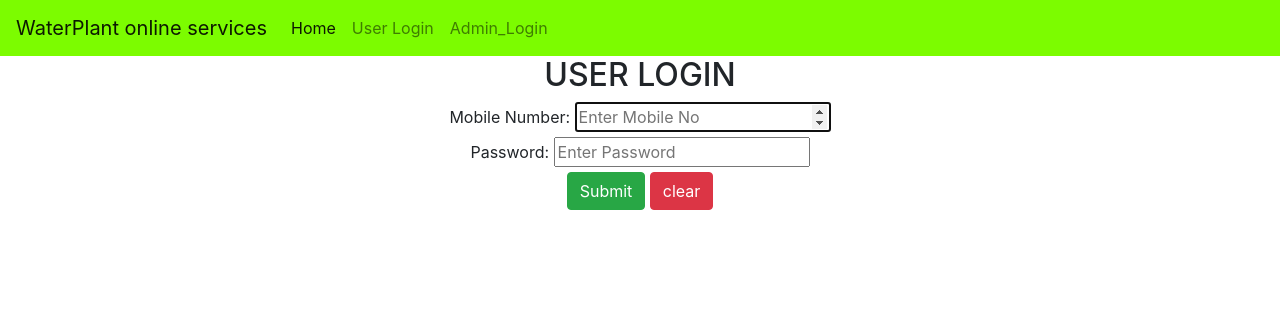
Repository: SHARMILAG97/WebApplication
Page: http://localhost/waterplant_web/userlogin.jsp
An editor plug-in stored every save of this project. The page is shown before and after the next save, followed by the edit.
The browser window is 1280 px wide. The pictures show the whole page.
The page is served by Tomcat 9.

Above is the page before, as saved 2019-09-18 08:35:53.
Console error: TypeError: Cannot read properties of undefined (reading 'fn')

After the next save:
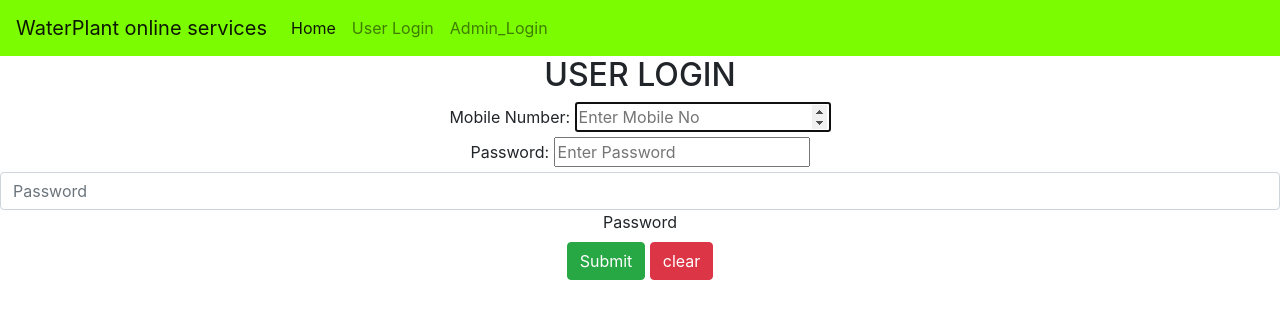
Saved 94 s later.
--- a/waterplant_web/src/main/webapp/userlogin.jsp
+++ b/waterplant_web/src/main/webapp/userlogin.jsp
@@ -84,6 +84,12 @@ if (message != null){
 <label>Password:</label>
 <input type="password" name="password" id="password" placeholder="Enter Password" required />
 <br/>
+
+ <div class="form-label-group">
+    <input type="password" id="inputPassword" class="form-control" placeholder="Password" required>
+    <label for="inputPassword">Password</label>
+  </div>
+
 <input type="submit" value="Submit" class="btn btn-success">
 <button type="reset" class="btn btn-danger" value="clear">clear</button>
 </form>
